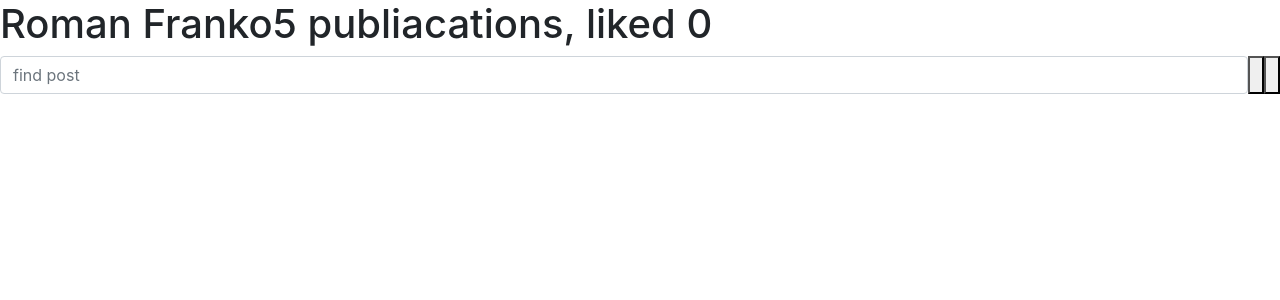
Repository: RomanFPL/Like-twiter
Page: /
An editor plug-in stored every save of this project. The page is shown before and after the next save, followed by the edit.
The browser window is 1280 px wide. The pictures show the whole page.
The project was rebuilt for these pictures with package versions that can differ from the ones it lists, and the page was loaded fresh each time.

Above is the page before, as saved 2021-03-22 23:02:25.

After the next save:
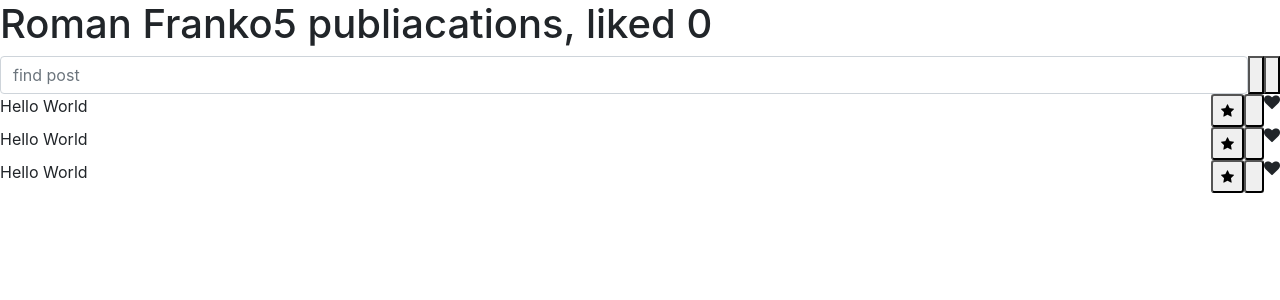
Saved 28 s later.
--- a/src/components/app/app.js
+++ b/src/components/app/app.js
@@ -13,6 +13,7 @@ const App = () => {
                 <SearchPanel/>
                 <PostStatusFilter/>
             </div>
+            <PostList/>
     </div>
     )
 }
